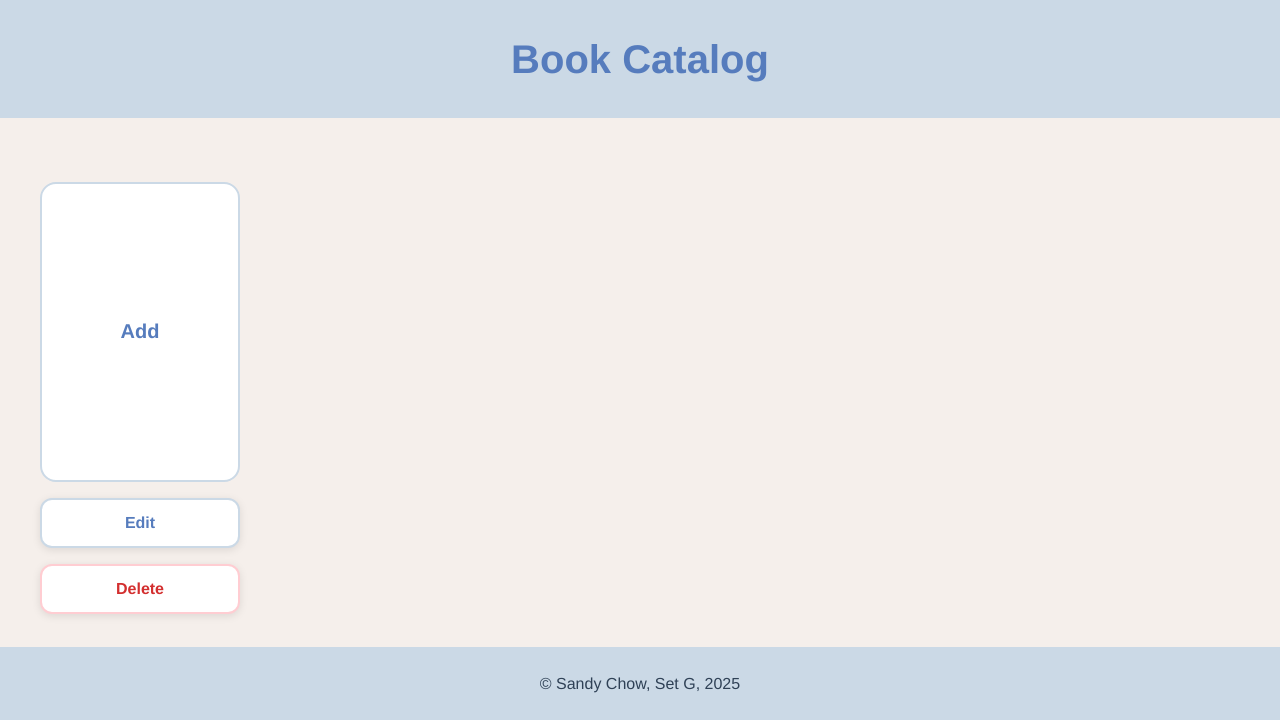
Repository: Bcit-sandy/COMP3170_Lab7
Page: /
The author's editor kept a copy of each file at every save. The page is drawn from the files as they stood at one save, then again after the next save.
The browser window is 1280 px wide. The pictures show the whole page.
The project was rebuilt for these pictures with package versions that can differ from the ones it lists, and the page was loaded fresh each time. Also part of the build but not shown: vite.config.js, src/components/Info.jsx, src/components/Book.jsx.

Above is the page before, as saved 2025-10-25 22:37:46.

### index.html
<!doctype html>
<html lang="en">
  <head>
    <meta charset="UTF-8" />
    <link rel="icon" type="image/svg+xml" href="/vite.svg" />
    <meta name="viewport" content="width=device-width, initial-scale=1.0" />
    <title>Book Catalog App</title>
  </head>
  <body>
    <div id="root"></div>
    <script type="module" src="/src/main.jsx"></script>
  </body>
</html>

### src/main.jsx
import { StrictMode } from 'react';
import { createRoot } from 'react-dom/client';
import './index.css';
import './components/Modal/Modal.css';
import App from './App.jsx';

createRoot(document.getElementById('root')).render(
  <StrictMode>
    <App />
  </StrictMode>,
)

### src/index.css
:root {
  --light-blue-color: #CBD9E6;
  --blue-color: #567cbd;
  --beige-color: #f5efeb;
  --dark-blue-color: #2f4156;
  --white-color: #ffffff;
}

*{
  font-family: Helvetica, sans-serif
}

body {
  margin: 0;
  padding: 0;
  line-height: 1.6;
}

.app-header {
  background-color: var(--light-blue-color);
  min-height: 12vh;
  display: flex;
  flex-direction: column;
  align-items: center;
  justify-content: center;
}

.app-name {
  font-size: 2.5rem;
  color: var(--blue-color);
}

.app-main {
  background: var(--beige-color);
  width: 100%;
  min-height: 70vh;
  display: flex;
  flex-direction: column;
  align-items: center;
  justify-content: center;
  padding: 2rem 0;
  flex-wrap: wrap;
}

.app-main-content {
  background: var(--white-color);
  min-height: 10vh;
  width: 100%;
  display: flex;
  flex-direction: column;
  align-items: center;
  justify-content: center;
  padding: 2rem;
  border-radius: 12px;
  margin: 1rem;
  max-width: 1000px;
  flex-wrap: wrap;
}

.learn-more {
  color: var(--blue-color);
  text-decoration: none;
  transition: all 0.3s ease;
}

.learn-more:hover {
  color: var(--dark-blue-color);
  text-decoration: underline;
}

.app-main-content-text {
  font-size: 16px;
  color: var(--dark-blue-color);
  font-weight: 400;
  text-align: center;
  max-width: 600px;
  line-height: 1.7;
}

.add-button {
  background: var(--white-color);
  color: var(--blue-color);
  border: 2px solid var(--light-blue-color);
  border-radius: 16px;
  width: 200px;
  height: 300px;
  display: flex;
  align-items: center;
  justify-content: center;
  cursor: pointer;
  transition: all 0.3s ease;
  font-size: 1.25rem;
  font-weight: 600;
  box-shadow: 0 4px 12px var(--shadow-light);
  position: relative;
  overflow: hidden;

}

.add-button:hover {
  background-color: var(--blue-color);
  color: var(--white-color);
  box-shadow: 0 4px 15px rgba(0, 0, 0, 0.2);
  transform: translateY(-2px);
}

/* Update and Delete Button Styles */
.update-button,
.delete-button {
  background: var(--white-color);
  color: var(--blue-color);
  border: 2px solid var(--light-blue-color);
  border-radius: 12px;
  width: 200px;
  height: 50px;
  display: flex;
  align-items: center;
  justify-content: center;
  cursor: pointer;
  transition: all 0.3s ease;
  font-size: 1rem;
  font-weight: 600;
  box-shadow: 0 2px 8px rgba(0, 0, 0, 0.1);
  position: relative;
  overflow: hidden;
}

.update-button:hover {
  background-color: var(--blue-color);
  color: var(--white-color);
  border-color: var(--blue-color);
  box-shadow: 0 4px 12px rgba(86, 124, 189, 0.3);
  transform: translateY(-2px);
}

.delete-button {
  background: var(--white-color);
  color: #d32f2f;
  border: 2px solid #ffcdd2;
}

.delete-button:hover {
  background-color: #d32f2f;
  color: var(--white-color);
  border-color: #d32f2f;
  box-shadow: 0 4px 12px rgba(211, 47, 47, 0.3);
  transform: translateY(-2px);
}

.update-button:active,
.delete-button:active {
  transform: translateY(0);
  box-shadow: 0 2px 6px rgba(0, 0, 0, 0.2);
}

.app-content-container {
  display: grid;
  grid-template-columns: 200px 1fr;
  gap: 2rem;
  margin: 2rem auto;
  width: 100%;
  max-width: 1200px;
  padding: 0 1rem;
  margin-bottom: 10vh;
  align-items: start;
  justify-items: start;
  justify-content: center;
}

.add-button-column {
  grid-column: 1;
  grid-row: 1/ -1;
  display: flex;
  flex-direction: column;
  justify-content: center;
  align-items: center;
  gap: 1rem;
}

.button-group {
  display: flex;
  flex-direction: column;
  gap: 1rem;
  align-items: center;
  width: 100%;
}

.books-grid {
  grid-column: 2;
  display: grid;
  grid-template-columns: repeat(auto-fill, minmax(180px, 1fr));
  gap: 2rem;
  width: 100%;
  align-items: start;
  justify-items: start;
}

/* Responsive design --- smaller screens */
@media (max-width: 768px) {
  .app-main-content {
    width: 80%;
  }

  .app-content-container {
    grid-template-columns: auto;
    gap: 1rem;
  }

  .add-button-column {
    grid-row: 1/ -1;
    margin-bottom: 2rem;
  }

  .books-grid {
    grid-template-columns: repeat(auto-fill, minmax(180px, 1fr));
    gap: 2rem;
  }

  .add-button,
  .update-button,
  .delete-button {
    width: 150px;
    height: 45px;
    font-size: 0.9rem;
  }

  .add-button {
    height: 200px;
  }
}

.book-container {
  width: 200px;
  height: 300px;
  display: flex;
  flex-direction: column;
  align-items: center;
  border: none;
  background: var(--white-color);
  border-radius: 12px;
  transition: all 0.3s ease;
  overflow: hidden;
  justify-self: start;
  align-self: start;
}

.book-container:hover {
  transform: translateY(-4px);
  box-shadow: 0 8px 20px rgba(0, 0, 0, 0.15);
}

.book-container {
  cursor: pointer;
  position: relative;
}

.book-selected {
  border: 3px solid var(--blue-color) !important;
  background: var(--light-blue-color) !important;
  transform: translateY(-2px);
  box-shadow: 0 6px 16px var(--dark-blue-color) 50%;
}

.remove-button {
  position: absolute;
  top: 8px;
  right: 8px;
  background: var(--dark-blue-color);
  color: var(--white-color);
  border: none;
  border-radius: 50%;
  width: 25px;
  height: 25px;
  display: flex;
  align-items: center;
  justify-content: center;
  font-size: 16px;
  font-weight: bold;
  cursor: pointer;
  opacity: 0;
  transition: opacity 0.2s ease, background 0.2s ease;
  z-index: 2;
}

.book-container:hover .remove-button {
  opacity: 1;
}

.remove-button:hover {
  background: #d32f2f;
  transform: scale(1.1);
}

.book-cover {
  width: 100%;
  height: 100%;
  position: relative;
  overflow: hidden;
}

.book-cover-image {
  width: 100%;
  height: 100%;
  object-fit: cover;
  transition: transform 0.3s ease;
}

.book-container:hover .book-cover-image {
  transform: scale(1.05);
}

.book-price {
  font-size: 16px;
  background: var(--white-color);
  color: var(--dark-blue-color);
  margin: 0;
  width: 100%;
  height: 10px;
  font-weight: bold;
  text-align: center;
  padding: 0.75rem 0.5rem;
  display: flex;
  align-items: center;
  justify-content: center;
  border-top: 1px solid var(--light-blue-color);
}


.info-container {
  width: 100%;
  height: 50px;
  display: flex;
  align-items: center;
  justify-content: center;
  background: var(--light-blue-color);
  border-top: 1px solid var(--light-blue-color);
}

.info-link {
  font-size: 14px;
  color: var(--blue-color);
  background-color: var(--light-blue-color);
  width: 100%;
  height: 100%;
  font-weight: bold;
  text-decoration: none;
  cursor: pointer;
  transition: all 0.3s ease;
  display: flex;
  align-items: center;
  justify-content: center;
  border-radius: 0 0 12px 12px;
}

.info-link:hover {
  color: var(--dark-blue-color);
  text-decoration: underline;
  font-size: 16px;
}

.app-footer {
  background-color: var(--light-blue-color);
  color: var(--dark-blue-color);
  width: 100%;
  height: 10vh;
  display: flex;
  align-items: center;
  justify-content: center;
  position: fixed;
  bottom: 0;
  left: 0;
  border-top: 1px solid var(--light-blue-color);
  font-weight: 500;
  font-size: 16px;
}

### src/components/Modal/Modal.css
/* Modal dialog base */
dialog {
  border: none;
  border-radius: 16px;
  padding: 3rem;
  width: 100vw;
  max-width:400px;
  background: var(--white-color);
  box-shadow: 0 12px 40px rgba(0, 0, 0, 0.25);
}

/* Backdrop */
dialog::backdrop {
  background: rgba(47, 65, 86, 0.15);
  backdrop-filter: blur(2px);
}

/* Heading */
.new-book-form h2,
.form-container h2 {
  margin: 0 0 1rem 0;
  color: var(--blue-color);
  font-size: 1.5rem;
}

/* Form layout */
.new-book-form,
.form-container form {
  display: flex;
  flex-direction: column;
  gap: 1rem;
}

.new-book-form label,
.form-container .form-control label {
  color: var(--dark-blue-color);
  font-weight: bold;
  margin-bottom: 0.5rem;
}

.new-book-form input,
.form-container .form-control input {
    align-items: center;
    height: 1rem;
    font-size: 1rem;
    width: 100%;
    padding: 0.5rem;
    border: 2px solid var(--light-blue-color);
    border-radius: 10px;
}


/* Button style */
.button-primary,
.btn.primary {
  background: var(--blue-color);
  color: var(--white-color);
  border: 1px solid var(--blue-color);
  border-radius: 10px;
  padding: 0.5rem;
  width:50%;
  font-weight: bold;
  cursor: pointer;
}

.button-primary:hover,
.btn.primary:hover {
  background: var(--dark-blue-color);
}

.button-secondary {
  background: var(--white-color);
  color: var(--blue-color);
  border: 2px solid var(--light-blue-color);
  border-radius: 10px;
  padding: 0.5rem 0.9rem;
  font-weight: bold;
  cursor: pointer;
}

.button-secondary:hover {
  background: var(--blue-color);
  color: var(--white-color);
}

.form-container .form-control {
  display: flex;
  flex-direction: column;
}

/* Small screens */
@media (max-width: 480px) {
  dialog {
    width: 95vw;
    padding: 1.25rem;
  }
}

### src/App.jsx
import { useState } from "react";
import Book from "./components/Book";
import Add from "./components/New";
import Main from "./components/Main";
import data from "../data/books.json";

function App() {
  const [books, setBooks] = useState(data);
  const [selectedBook, setSelectedBook] = useState(null);

  function getBooks(bookData) {
    const isSelected = selectedBook && (selectedBook.isbn13 || selectedBook.title) === (bookData.isbn13 || bookData.title);
    return (
      <Book
        key={bookData.isbn13 || bookData.title}
        data={bookData}
        onSelect={handleBookSelection}
        isSelected={isSelected}
      />
    );
  }

  function handleBookSelection(book) {
    // If clicking the same book that's already selected, unselect it
    if (selectedBook && (selectedBook.isbn13 || selectedBook.title) === (book.isbn13 || book.title)) {
      setSelectedBook(null);
    } else {
      // Otherwise, select the clicked book
      setSelectedBook(book);
    }
  }

  function handleUpdateBook() {
    if (selectedBook) {
      console.log("Update book:", selectedBook);
      alert("Edit functionality will be implemented later");
    } else {
      alert("Please select a book to edit");
    }
  }

  function handleDeleteBook() {
    if (selectedBook) {
      setBooks(prevBooks => prevBooks.filter(book =>
          (book.isbn13 || book.title) !== (selectedBook.isbn13 || selectedBook.title)
        ));
        setSelectedBook(null);
    } else {
      alert("Please select a book to delete");
    }
  }

  function handleAddBook(newBook) {
    setBooks(prevBooks => [...prevBooks, newBook]);
  }

  return (
    <div>
      <header className="app-header">
       <h1 className="app-name">Book Catalog</h1>
      </header>

      <main className="app-main">

        <div className="app-content-container">
          <div className="add-button-column">
            <Add
              onUpdate={handleUpdateBook}
              onDelete={handleDeleteBook}
              onAddBook={handleAddBook}
            />
          </div>
          <Main>
            {books.map(getBooks)}
          </Main>
        </div>
      </main>

      <footer className="app-footer">
        <p>&copy; Sandy Chow, Set G, 2025</p>
      </footer>
    </div>

  )
}

export default App;

### src/components/New.jsx
import Modal from "./Modal/Modal";
import BookForm from "./Bookform";

function Add ({ onUpdate, onDelete, onAddBook }) {
  return (
    <div className="button-group">
      <Modal btnLabel="Add" btnClassName="add-button">
        <BookForm onAddBook={onAddBook} />
      </Modal>

      <button
        className="update-button"
        onClick={onUpdate}
        title="Update selected book"
      >
        Edit
      </button>

      <button
        className="delete-button"
        onClick={() => remove(book.id)}
        title="Delete selected book"
      >
        Delete
      </button>
    </div>
  )
}

export default Add

### src/components/Main.jsx
export default function Main({children}) {
    return (
        <main className="books-grid">
            {children}
        </main>
    );
}

### data/books.json
    [
]

### src/components/Modal/Modal.jsx
import { useRef } from 'react';

function Modal({ btnLabel, btnClassName, children }) {

    const modalRef = useRef();

    function openModal() {
        modalRef.current.showModal();
    }

    function closeModal() {
        modalRef.current.close();
    }

    return (
        <>
            <button onClick={openModal} className={btnClassName}>{btnLabel}</button>
            <dialog ref={modalRef}>
                {children}
            </dialog>
        </>
    );

}

export default Modal;

### src/components/Bookform.jsx
import { useState } from "react";
import { nanoid } from "nanoid";

function BookForm({book, add}) {

    function handleSubmit(e) {
        e.preventDefault();

        const data=new FormData(e.target);

        add({
            id: book ? book.id : Date.now(),
            title: data.get('title'),
            author: data.get('author'),
            publisher: data.get('publisher'),
            year: data.get('year'),
            language: data.get('language'),
            pages: data.get('pages'),
            image: data.get('image'),
            id: book?.id || nanoid(),
        });

        e.target.reset();
    }

    return (
        <div className="form-container">
            <h2> Add a new book </h2>
            <form onSubmit={handleSubmit}>
                <div className="form-control">
                    <label htmlFor="title"> Title </label>
                    <input
                        type="text"
                        name="title"
                        placeholder="Title..."
                        defaultValue={book?.title}
                    />
                </div>

                <div className="form-control">
                    <label htmlFor="author"> Author </label>
                    <input
                        type="text"
                        name="author"
                        placeholder="Author..."
                        defaultValue={book?.author}
                    />
                </div>

                <div className="form-control">
                     <label htmlFor="publisher"> Publisher </label>
                    <input
                        type="text"
                        name="publisher"
                        placeholder="Publisher..."
                        defaultValue={book?.publisher}
                    />
                </div>

                <div className="form-control">
                     <label htmlFor="year"> Publication Year </label>
                    <input
                        type="number"
                        name="year"
                        placeholder="Publication Year..."
                        defaultValue={book?.year}
                        min="1000"
                        max="2025"
                    />
                </div>

                <div className="form-control">
                     <label htmlFor="language"> Language </label>
                    <input
                        type="text"
                        name="language"
                        placeholder="Language..."
                        defaultValue={book?.language}
                    />
                </div>

                <div className="form-control">
                     <label htmlFor="pages"> Pages </label>
                    <input
                        type="number"
                        name="pages"
                        placeholder="Pages..."
                        defaultValue={book?.pages}
                        min="1"
                    />
                </div>


                <div className="form-control">
                     <label htmlFor="image"> Image URL </label>
                    <input
                        type="url"
                        name="image"
                        placeholder="https://..."
                        defaultValue={book?.image}
                    />
                </div>

                <button className="btn primary" type="submit"> Submit </button>
            </form>
        </div>
    );
}

export default BookForm;

After the next save:
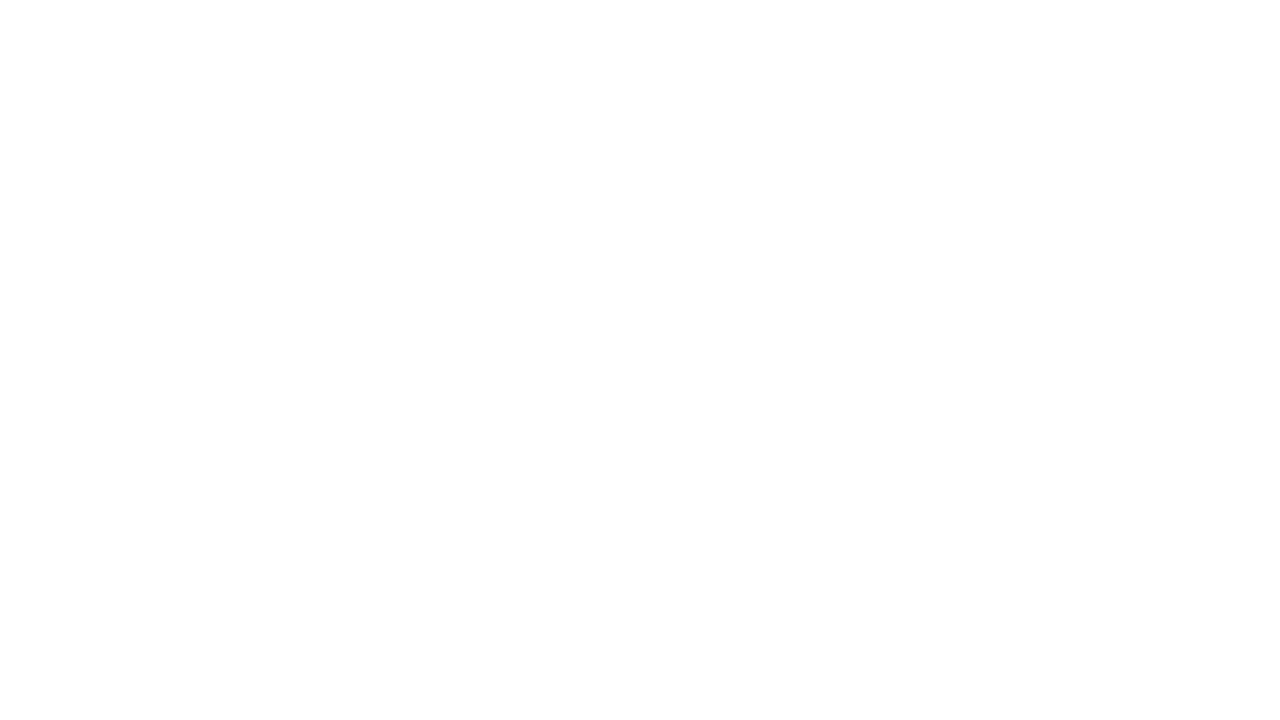
Console error: ReferenceError: book is not defined
Saved 3 min 21 s later.
--- a/src/components/New.jsx
+++ b/src/components/New.jsx
@@ -8,17 +8,13 @@ function Add ({ onUpdate, onDelete, onAddBook }) {
         <BookForm onAddBook={onAddBook} />
       </Modal>
 
-      <button
-        className="update-button"
-        onClick={onUpdate}
-        title="Update selected book"
-      >
-        Edit
-      </button>
+      <Modal btnLabel="Edit" btnClassName="update-button">
+        <BookForm book={book} add={update}/>
+      </Modal>
 
       <button
         className="delete-button"
-        onClick={() => remove(book.id)}
+        onClick={onDelete}
         title="Delete selected book"
       >
         Delete

After the save that followed:
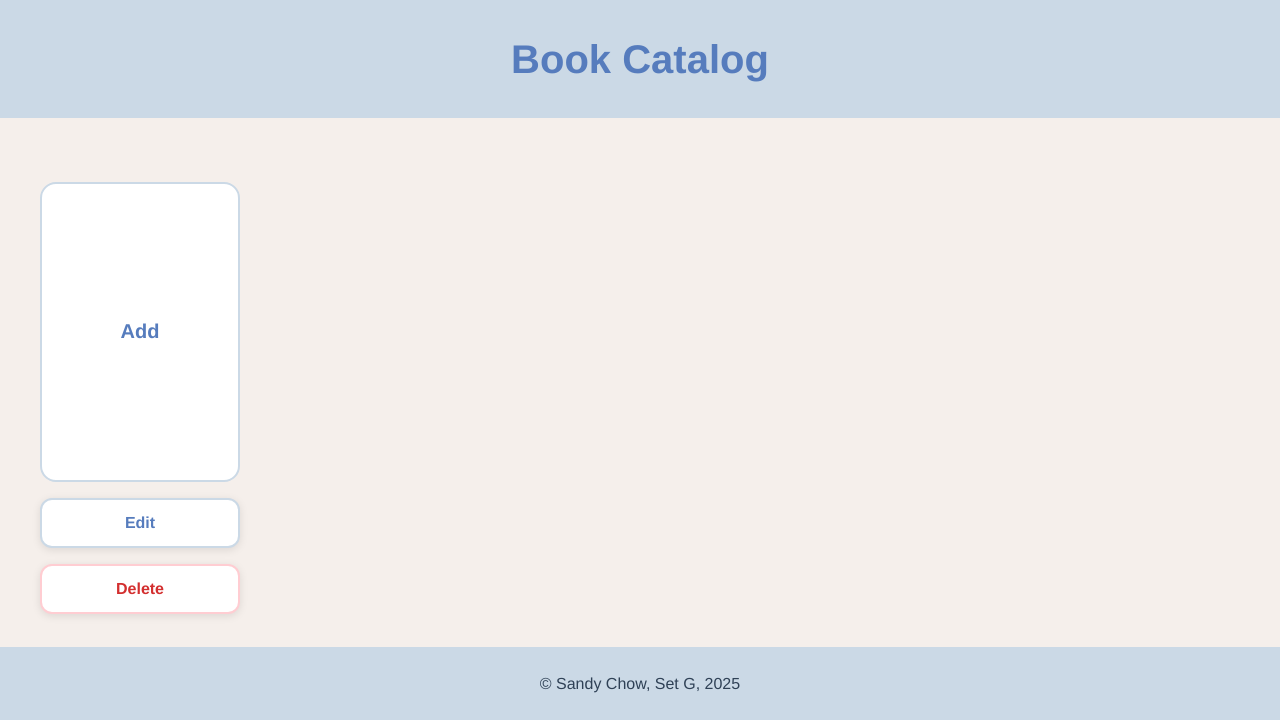
The error is gone.
Saved 24 s later.
--- a/src/components/New.jsx
+++ b/src/components/New.jsx
@@ -1,7 +1,7 @@
 import Modal from "./Modal/Modal";
 import BookForm from "./Bookform";
 
-function Add ({ onUpdate, onDelete, onAddBook }) {
+function Add ({ onDelete, onAddBook, book, update }) {
   return (
     <div className="button-group">
       <Modal btnLabel="Add" btnClassName="add-button">
